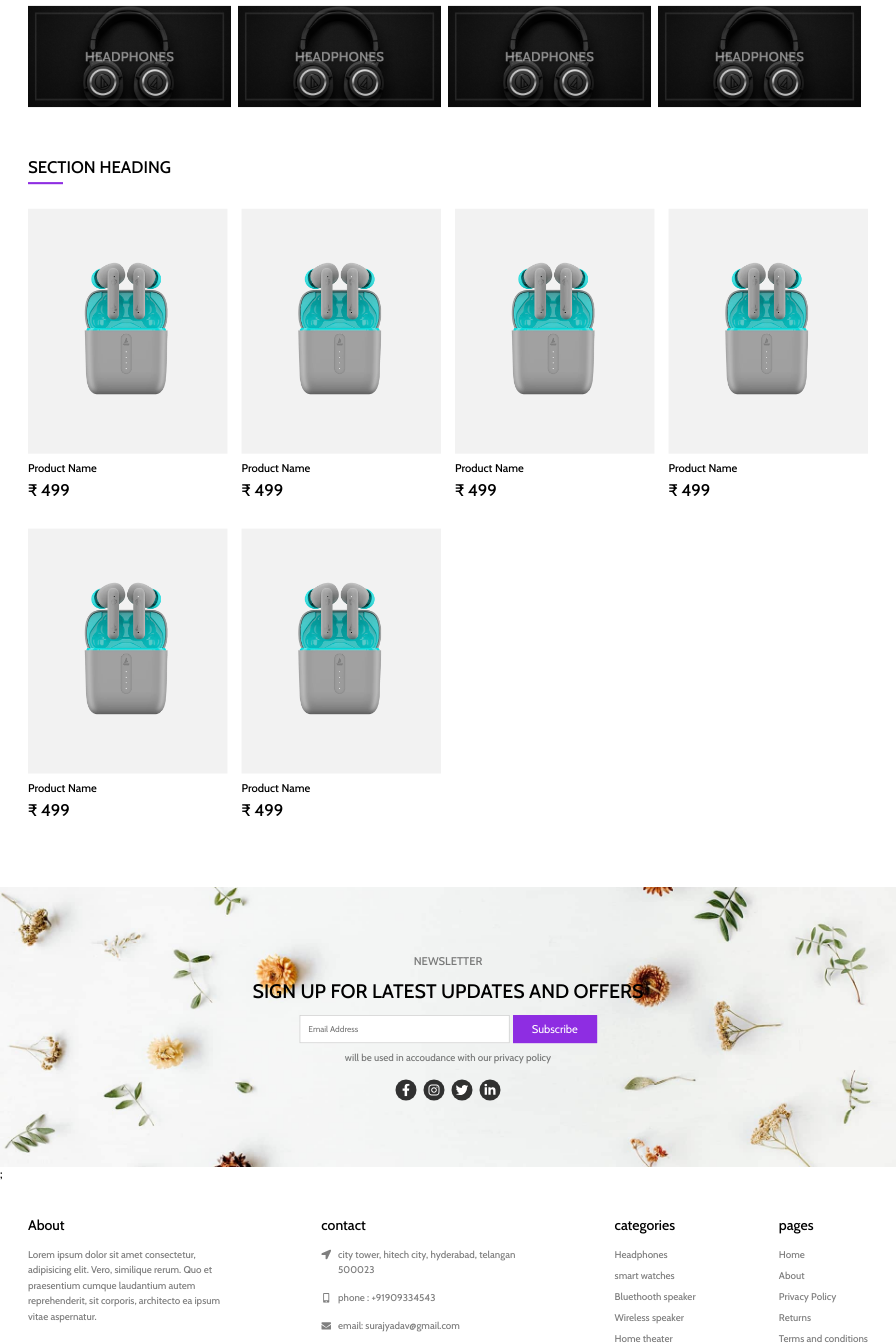
Repository: suraj-yadav7/ecommerce
Page: /
An editor plug-in stored every save of this project. The page is shown before and after the next save, followed by the edit.
The browser window is 1280 px wide. The pictures show the part of the page from y = 743 to 2663 px (the page is 2815 px tall), at 70% of full size.
The project was rebuilt for these pictures with package versions that can differ from the ones it lists, and the page was loaded fresh each time. Also part of the build but not shown: src/components/Category/Category.scss, src/components/Category/Category.jsx, src/components/SingleProduct/RelatedProducts/RelatedProducts.jsx, src/components/SingleProduct/SingleProduct.scss, src/components/SingleProduct/SingleProduct.jsx, src/App.scss, src/components/Header/Search/Search.scss, src/components/Header/Search/Search.jsx and 2 more.

Above is the page before, as saved 2023-06-20 14:26:44.

### src/index.jsx
import React from 'react';
import ReactDOM from 'react-dom/client';
import './index.scss';
import App from './App';
import { Provider } from 'react-redux';
import store from './store/store';

const root = ReactDOM.createRoot(document.getElementById('root'));
root.render(
<Provider store={store}>
    <App />
</Provider>
);

### src/App.jsx
import React from 'react';
import { BrowserRouter as Router, Routes, Route } from 'react-router-dom';
import Home from "./components/Home/Home"
import Category from "./components/Category/Category"
import SingleProduct from "./components/SingleProduct/SingleProduct"
import './App.scss';
import Header from './components/Header/Header';
import Footer from './components/Footer/Footer';
import Newsletter from './components/Footer/Newsletter/Newsletter';

function App() {
  return (
   <>
   <Router>
    <Header/>
    <Routes>
        <Route exact path="/" element={<Home/>} />
        <Route exact path="/category/:id" element={<Category/>} />
        <Route exact path="/product/:id" element={<SingleProduct/>} />
    </Routes>
    <Newsletter/>
    <Footer />
   </Router>
   </>
  );
}

export default App;

### src/store/store.jsx
import { configureStore } from "@reduxjs/toolkit";
import productSlice from "./slices/productSlice";


const store = configureStore({
    reducer:{
        product:productSlice
    }
})

export default store;

### src/components/Home/Home.jsx
import { useDispatch, useSelector } from "react-redux";
import "./Home.scss";
import { addElement } from "../../store/slices/productSlice";
import Banner from "./Banner/Banner";
import Category from "../Home/Category/Category";
import Products from "../Products/Products";


const Home = () => {
    const dispatch = useDispatch()
    const data = useSelector((state) => state.product.data)
    return (
        <>
            <div className="home">
                <Banner />
                <div className="main-content">
                    <div className="layout">
                        <Category />
                        <Products />
                    </div>
                </div>
            </div>
        </>

    )
};

export default Home;

### src/components/Header/Header.jsx
import "./Header.scss";
import Search from "./Search/Search"
import Cart from "../Cart/Cart"
import { TbSearch } from "react-icons/tb"
import { CgShoppingCart } from "react-icons/cg"
import { AiOutlineHeart } from "react-icons/ai"
import "./Header.scss"
import { useEffect, useState } from "react";
import { Link } from "react-router-dom";

const Header = () => {
    const [scrollVal, setScrollVal] = useState(false)
    const handleScroll = ()=>{
        const offset = window.scrollY;
        console.log(offset)
        if(offset > 200){
            setScrollVal(true)
        }
        else{
            setScrollVal(false)
        }
    }
    useEffect(()=>{
        window.addEventListener("scroll", handleScroll)
    },[])

    return (
        <>
            <header className={`main-header ${scrollVal? "sticky-header":""}`}>
                <div className="header-content">
                    <ul className="left" >
                        <Link to="/">Home</Link>
                        <Link >About</Link>
                        <Link>Categories</Link>
                    </ul>
                    <div className="center"> SKY STORE</div>
                    <div className="right">
                        <TbSearch />
                        <AiOutlineHeart />
                        <span className="cart-icon">
                            <CgShoppingCart />1
                        </span>
                    </div>
                </div >
            </header >
        </>
    )
};

export default Header;

### src/components/Footer/Newsletter/Newsletter.jsx
import React from "react";
import {
    FaFacebookF,
    FaTwitter,
    FaInstagram,
    FaLinkedinIn,
} from "react-icons/fa";
import "./Newsletter.scss"

const Newsletter = () => {
    return (
    <>
        <div className="newsletter-section">
            <div className="newsletter-content">
                <span className="small-text" >Newsletter</span>
                <span className="big-text"> Sign up for latest updates and offers</span>
                <div className="form">
                    <input type="text" placeholder="Email Address" />
                    <button className="btn-sub">Subscribe</button>
                </div>
                <div className="text">will be used in accoudance with our privacy policy </div>
                <div className="social-icons">
                    <div className="icon">
                        <FaFacebookF size={18} />
                    </div>
                    <div className="icon">
                        <FaInstagram size={18} />
                    </div>
                    <div className="icon">
                        <FaTwitter size={18} />
                    </div>
                    <div className="icon">
                        <FaLinkedinIn size={18} />
                    </div>

                </div>
            </div>
        </div>;
    </>
    )
};
export default Newsletter;

### src/store/slices/productSlice.jsx
import { createSlice } from "@reduxjs/toolkit";

const productSlice = createSlice({
    name:"productSlice",
    initialState:{
        data:["lg", "sansung", "onida"],
        loading:false,
        error:null
    },

    reducers:{
        addElement:(state, action)=>{
            state.data.push(action.payload)
        },

    },

    extraReducers:{

    }


})

export default productSlice.reducer

export const {addElement}= productSlice.actions;

### src/components/Home/Home.scss
@import "../../css-config/mixins.scss";

.main-content{
    max-width: calc(100% - 20px);
    margin: 0 auto;
    @include md{
        max-width: 1200px;
    }
}

### src/components/Home/Banner/Banner.jsx
import "./Banner.scss";
import BannerImg from '../../../assets/banner-img.png'
const Banner = () => {
    return(
        <>
        <div className="hero-banner">
            <div className="content">
                <div className="text-content">
                    <h1>Sales</h1>
                    <p>Lorem ipsum dolor sit, amet consectetur adipisicing elit. Eligendi enim esse voluptas placeat voluptatem sint reiciendis. Adipisci vitae error id tempora animi dolorem? Debitis sapiente ea a facilis nostrum voluptates sint ut vitae possimus quae?</p>
                    <div className="ctas">
                        <div className="banner-cta">Read More</div>
                        <div className="banner-cta v2">Shop now</div>
                    </div>
                </div>
                <img src={BannerImg}className="banner-img" alt="banner-img"></img>
            </div>

        </div>

        </>
)
};

export default Banner;

### src/components/Home/Category/Category.jsx
import React from "react";
import cart1 from "../../../assets/category/cat-1.jpg"
import "./Category.scss";
const Category = () => {
    return (
    <>
        <div className="shop-by-category">
            <div className="categories">
                <div className="category">
                    <img src={cart1} alt=""/>
                </div>
                <div className="category">
                    <img src={cart1} alt=""/>
                </div>
                <div className="category">
                    <img src={cart1} alt=""/>
                </div>

                <div className="category">
                    <img src={cart1} alt=""/>
                </div>
            </div>

        </div>

    </>
    )
};

export default Category;

### src/components/Products/Products.jsx
import React from "react";
import Product from "./Product/Product"
import "./Products.scss";
const Products = ({innerPage}) => {
    return (
        <>
        <div className="products-container">
            {
               !innerPage && <div className="sec-heading">section heading</div>
            }
            <div className="products">
                <Product />
                <Product />
                <Product />
                <Product />
                <Product />
                <Product />
            </div>
        </div>
        </>
        )
};

export default Products;

### src/components/Header/Header.scss
@import "../../css-config/mixins.scss";

.main-header {
    width: 100%;
    padding: 0 20px;
    background-color: #212121;
    color: white;
    border-bottom: 1px solid rgba(0, 0, 0, 0.1);
    z-index: 99;
    @include md {
        padding: 0 40px;
    }

    .header-content {
        display: flex;
        justify-content: space-between;
        align-items: center;
        height: 50px;
        max-width: 95%;
        margin: 0 auto;

        @include md {
            height: 60px;
        }

        .left {
            list-style: none;
            display: none;
            gap: 25px;
            @include md {
                display: flex;
            }

            a {
                font-size: 14px;
                font-weight: 600;
                text-transform: uppercase;
                cursor: pointer;
                text-decoration: none;
                list-style: none;
                color: white;
            }
        }

        •center {
            font-size: 22px;
            font-weight: 700;
            cursor: pointer;

            @include md {
                font-size: 33px;
                position: absolute;
                left: 50%;
                transform: translateX(-50%);
            }
        }

        .right {
            display: flex;
            align-items: center;
            gap: 20px;

            @include md {
                gap: 25px;
            }

            svg {
                font-size: 20px;
                cursor: pointer;

                @include md {
                    font-size: 24px;
                }
            }

            .cart-icon {
                position: relative;

                span {
                    min-width: 20px;
                    text-align: center;
                    background-color: #8e2de2;
                    padding: 2.5px;
                    position: absolute;
                    top: -5px;
                    right: -12px;
                    font-size: 12px;
                    line-height: 1;
                    border-radius: 10px;

                }
            }
        }

    }

    &.sticky-header{
        position: sticky;
        top:0;
        transform: translateY(-60);
        animation: stickyHeader 0.3s ease forwards;
    }
}

@keyframes stickyHeader{
    0%{
        transform: translateY(-60px);
    }
    100%{
        transform: translateY(0);
    }
}

### src/components/Footer/Footer.scss
@import "../../css-config/mixins.scss";

.footer {
    width: 100%;

    .footer-content {
        padding: 50px 20px;
        max-width: 1200px;
        margin: 0 auto;
        display: flex;
        flex-flow: wrap;
        gap: 20px;

        @include md {
            justify-content: space-between;
            padding: 50px 0;
        }

        .col {
            max-width: 300px;

            .title {
                margin-bottom: 20px;
                font-size: 20px;
            }

            .text {
                color: rgb(0, 0, 0, 0.5);
                font-size: 14px;
                margin-bottom: 8px;
            }

            .c-item {
                display: flex;
                margin-bottom: 10px;

                svg {
                    flex-shrink: 0;
                    font-size: 14px;
                    margin-right: 10px;
                    margin-top: 4px;
                    color: rgb(0, 0, 0, 0.5);

                }
            }
        }
    }

    .bottom-bar {
        border-top: 1px solid rgba(0, 0, 0, 0.1);
        .bottom-bar-content {
            padding: 20px;
            display: flex;
            align-items: center;
            flex-direction: column;
            text-align: center;
            gap: 10px;
            @include md {
                padding: 0;
                height: 60px;
                max-width: 1200px;
                margin: 0 auto;
                flex-direction: row;
                justify-content: space-between;
                text-align: left;
            }
            .text {
                font-size: 12px;
                color: Orgba (0, 0, 0, 0.5);
            }
        }
    }
}

### src/components/Footer/Newsletter/Newsletter.scss
@import "../../../css-config/mixins.scss";

.newsletter-section {
    width: 100%;
    height: 400px;
    display: flex;
    align-items: center;
    background: #f9f9f9 url("../../../assets/newsletter-bg.jpeg");
    background-position: center;
    background-repeat: no-repeat;
    background-size: cover;

    .newsletter-content {
        width: fit-content;
        display: flex;
        flex-direction: column;
        align-items: center;
        margin: 0 auto;
        text-align: center;

        .small-text {
            margin-bottom: 15px;
            text-transform: uppercase;
            color: rgba(0, 0, 0, 0.5);
        }

        .big-text {
            margin-bottom: 20px;
            font-size: 22px;
            line-height: 30px;
            font-weight: 500;
            text-transform: uppercase;
            padding: 0 30px;

            @include md {
                font-size: 28px;
            }
        }

        .form {
            display: flex;
            gap: 05px;
            margin-bottom: 10px;

            .btn-sub {
                outline: 0;
                border: 0;
                height: 40px;
                width: 100px;
                display: flex;
                align-items: center;
                justify-content: center;
                cursor: pointer;
                font-size: 16px;
                color: white;
                background-color: #8e2de2;
                border: 3px solid #8e2de2;

                @include md {
                    width: 120px;
                }
            }

            input {
                width: 200px;
                height: 40px;
                border-radius: 0;
                border: 1px solid rgba(0, 0, 0, 0.2);
                padding: 0 12px;
                font-size: 12px;
                outline: none;

                @include md {
                    width: 300px;
                }

            }


        }

        .text {
            margin-bottom: 20px;
            font-size: 14px;
            color: rgb(0, 0, 0, 0.5);
        }

        .social-icons {
            display: flex;
            gap: 10px;
            .icon {
                width: 30px;
                height: 30px;
                background-color: rgba(0, 0, 0, 0.8);
                border-radius: 50%;
                color: white;
                display: flex;
                justify-content: center;
                align-items: center;
            }
        }

        }
    }

### src/components/Home/Banner/Banner.scss
@import "../../../css-config/mixins.scss";

.hero-banner {
    padding: 40px 0;
    position: relative;
    background-image: linear-gradient(to right, #8e2de2, #4a00ed);
    @include md {
    height: calc(100vh - 80px) ;
    }
    .content{
    height: 100%;
    display: flex;
    justify-content: flex-end;
    align-items: center;
    flex-direction: column-reverse;
    max-width: calc(100% - 20px);
    margin: 0 auto;
    position: relative;
    @include md {
    flex-direction: row;
    max-width: 1200px;
    }
    .banner-img {
        position: relative;
        z-index: 9;
        width: 200px;
        margin-bottom: 20px;
        @include md{
            width: 450px;
            margin-right: 0px;
            margin-top: 0px;
            margin-bottom: 0;
        }
        @include xxl {
        width: 600px;
        margin-right: 0;
        margin-top: 0;
    }
    }
    .text-content {
        color: white;
        text-align: center;
        display: flex;
        flex-direction: column;
        align-items: center;
        @include md {
        position: absolute;
        left: 50px;
        top: 50%;
        transform: translateY(-50%) ;
        }
        @include xxl {
        left: 0;
        }
        h1{
            font-size: 80px;
            font-weight: 700;
            line-height: 1;
            margin-bottom: 20px;
            @include md{
                font-size: 150px;
            }
        }

        p{
            max-width: 300px;
            font-size: 14px;
            list-style: 20px;
            margin-bottom: 20px;
            @include md{
                max-width: 500px;
                font-size: 18px;
                line-height: 22px;
                margin-bottom: 40px;
            }
        }
        .ctas{
            display: flex;
            justify-content: center;
            gap: 20px;
            .banner-cta{
                text-transform: uppercase;
                font-size: 12px;
                font-weight: 500;
                width: fit-content;
                border: 2px solid white;
                padding: 10px 20px;
                cursor: pointer;
                &.v2{
                    background-color: white;
                    color: black;

                }
                &:hover{
                    opacity: 0.6;
                }
            }
        }
     }
    }
 }

### src/components/Home/Category/Category.scss
@import "../../../css-config/mixins.scss";

.shop-by-category {
    margin: 25px 0;
    @include md {
        margin: 50px 0;
    }
    .categories {
        display: flex;
        flex-flow: wrap;
        gap: 10px;
        .category {
            background-color: Oblack;
            width: calc(50% - 5px);
            cursor: pointer;
            overflow: hidden;
            @include md {
                width: calc(25% - 10px);
            }
            img {
                width: 100%;
                display: block;
                transition: all ease 0.3s;

            }
            &:hover{
                img{
                    transform: scale(1.2)
                }
            }
        }
    }
}

### src/components/Products/Product/Product.jsx
import React from "react";
import prod from "../../../assets/products/earbuds-prod-1.webp"
import "./Product.scss";
const Product = () => {
    return(
        <>
        <div className="product-card">
            <div className="thumbnail">
                <img src={prod} alt="" />
            </div>
            <div className="prod-details">
                <span className="name">Product Name</span>
                <span className="price">&#8377; 499</span>
            </div>
        </div>
         </>
    )
};

export default Product;

### src/components/Products/Products.scss
@import "../../css-config/mixins.scss";

.products-container {
    margin: 50px 0;
    @include md {
        margin: 75px 0;
    }
    .sec-heading {
        margin-bottom: 20px;
        font-size: 18px;
        font-weight: 500;
        text-transform: uppercase;
        @include md {
            margin-bottom: 35px;
            font-size: 24px;
        }
        &:after {
            content: "";
            display: block;
            margin-top: 5px;
            width: 50px;
            height: 3px;
            background-color: #8e2de2;
            @include md{
                margin-top: 10px;
            }
        }
    }
    .products{
        display: flex;
        flex-flow: wrap;
        gap: 10px;
        @include md{
            gap: 20px
        }
    }
}

### src/components/Products/Product/Product.scss
@import "../../../css-config/mixins.scss";

.product-card {
    width: calc(50% - 5px);
    margin-bottom: 20px;
    @include md {
        width: calc(25% - 15px);
    }
    .thumbnail {
        width: 100%;
        height: 180px;
        background-color: rgba(0, 0, 0, 0.05);
        margin-bottom: 10px;
        padding: 25px;
        display: flex;
        align-items: center;
        @include md {
            height: 350px;
        }
        img{
            transition: all ease 0.3s;
            display: block;
            width: 100%;
        }

    }
    .prod-details{
        .name{
            font-size: 14px;
            display: block;
            text-overflow: ellipsis;
            white-space: nowrap;
            overflow: hidden;
            @include md{
                font-size: 16px;
                margin-bottom: 10px;
            }
        }
        .price{
            font-size: 16px;
            @include md{
                font-size: 24px;
            }
        }
    }
    &:hover{
        .thumbnail{
            img{
                transform: scale(1.2);
            }
        }
    }
}

Loaded but not shown: public/index.html (common file); src/index.scss (common file); src/css-config/mixins.scss (common file); src/components/Footer/Footer.jsx (59 lines, source omitted)

After the next save:
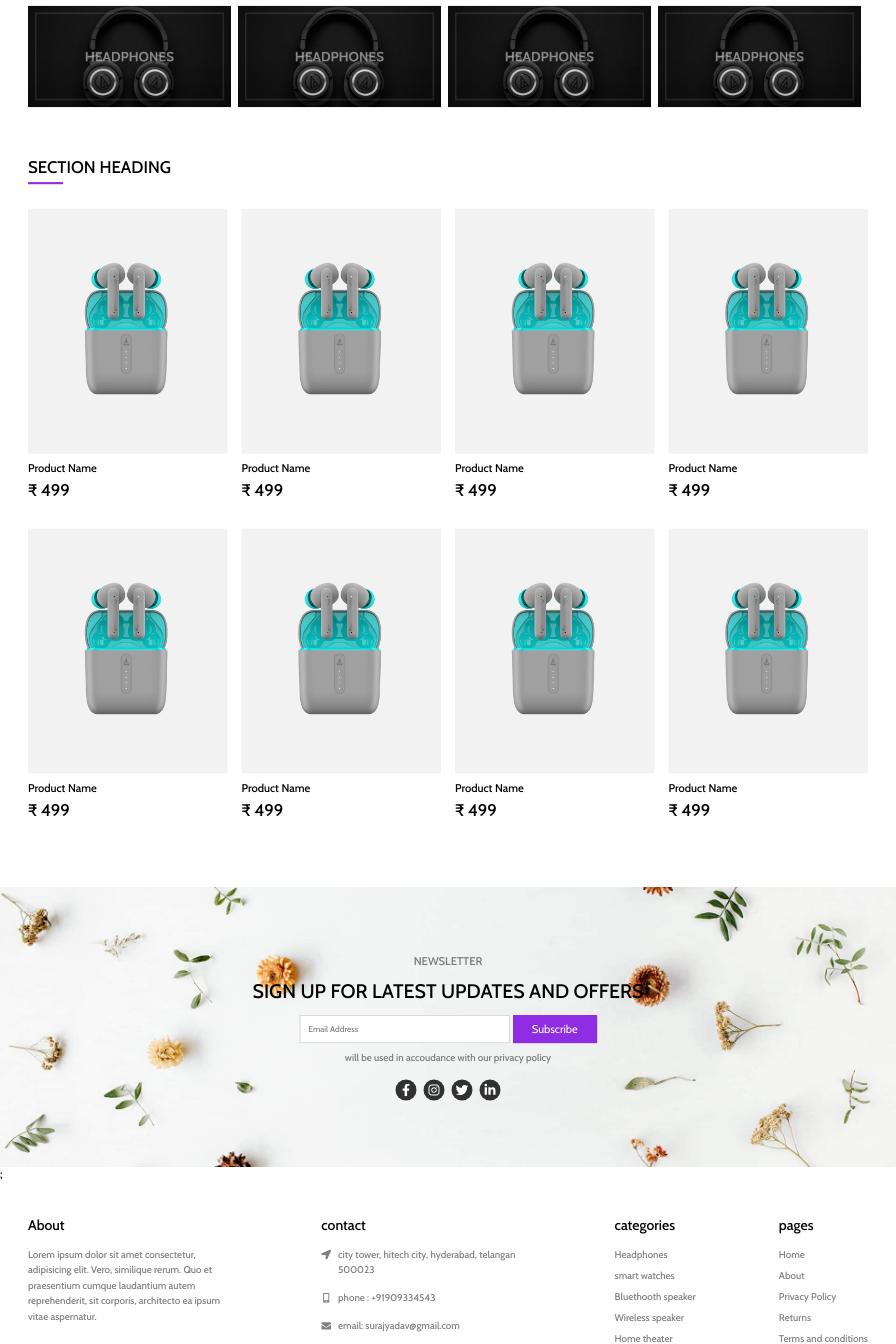
Saved 5 s later.
--- a/src/components/Products/Products.jsx
+++ b/src/components/Products/Products.jsx
@@ -1,7 +1,7 @@
 import React from "react";
 import Product from "./Product/Product"
 import "./Products.scss";
-const Products = ({innerPage}) => {
+const Products = ({innerPage,relatedProd}) => {
     return (
         <>
         <div className="products-container">
@@ -9,6 +9,9 @@
                !innerPage && <div className="sec-heading">section heading</div>
             }
             <div className="products">
+
+                <Product />
+                <Product />
                 <Product />
                 <Product />
                 <Product />
